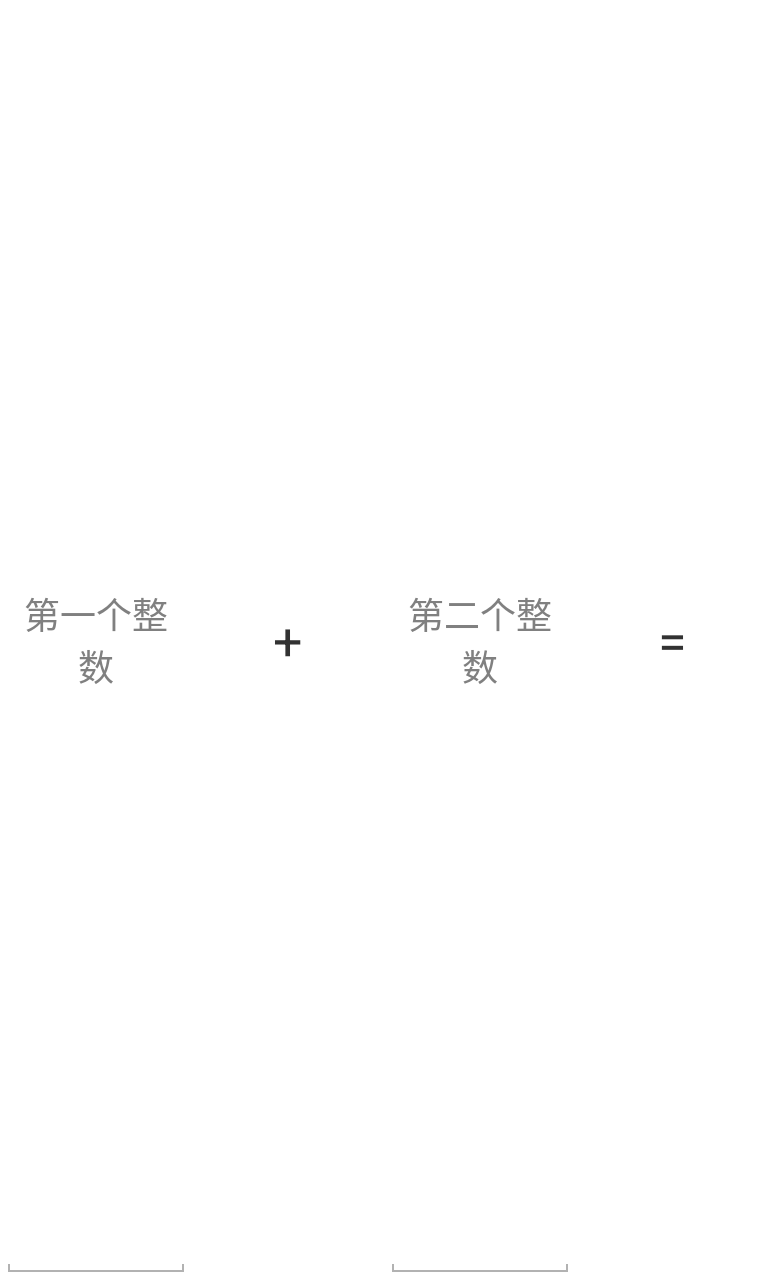
Repository: ouyangshengduo/Android_NDK_First
Layout: Android_NDK_Demo001/res/layout/activity_main.xml
These files come from the project's save history. The layout is drawn as it stood at one moment and after the next save; the edit follows.
It is drawn on a 768 x 1280 px phone screen (xhdpi) without system bars, with theme AppTheme; the app's code is not run.

Above is the layout before, as saved 2016-06-10 04:17:16.

### Android_NDK_Demo001/res/layout/activity_main.xml
<LinearLayout xmlns:android="http://schemas.android.com/apk/res/android"
    xmlns:tools="http://schemas.android.com/tools"
    android:layout_width="fill_parent"
    android:layout_height="fill_parent"
    android:orientation="vertical">

    <LinearLayout
        android:layout_height="0dp"
        android:layout_width="fill_parent"
        android:layout_weight="1"
        android:orientation="horizontal">

        <EditText
            android:id="@+id/etAdd_A"
            android:layout_width="0dp"
            android:layout_height="fill_parent"
            android:layout_weight="1"
            android:hint="第一个整数"
            android:gravity="center"
            />
        <TextView
            android:layout_height="fill_parent"
            android:layout_width="0dp"
            android:layout_weight="1"
            android:layout_gravity="center"
            android:gravity="center"
            android:text="+"
            android:textSize="26sp"/>

        <EditText
            android:id="@+id/etAdd_B"
            android:layout_width="0dp"
            android:layout_height="fill_parent"
            android:layout_weight="1"
            android:hint="第二个整数"
            android:gravity="center"
            />
        <TextView
            android:layout_height="fill_parent"
            android:layout_width="0dp"
            android:layout_weight="1"
            android:gravity="center"
            android:text="="
            android:textSize="26sp"/>

    </LinearLayout>

</LinearLayout>

Loaded but not shown: Android_NDK_Demo001/res/values/styles.xml (common file); Android_NDK_Demo001/res/values-v11/styles.xml (common file); Android_NDK_Demo001/res/values-v14/styles.xml (common file)

After the next save:
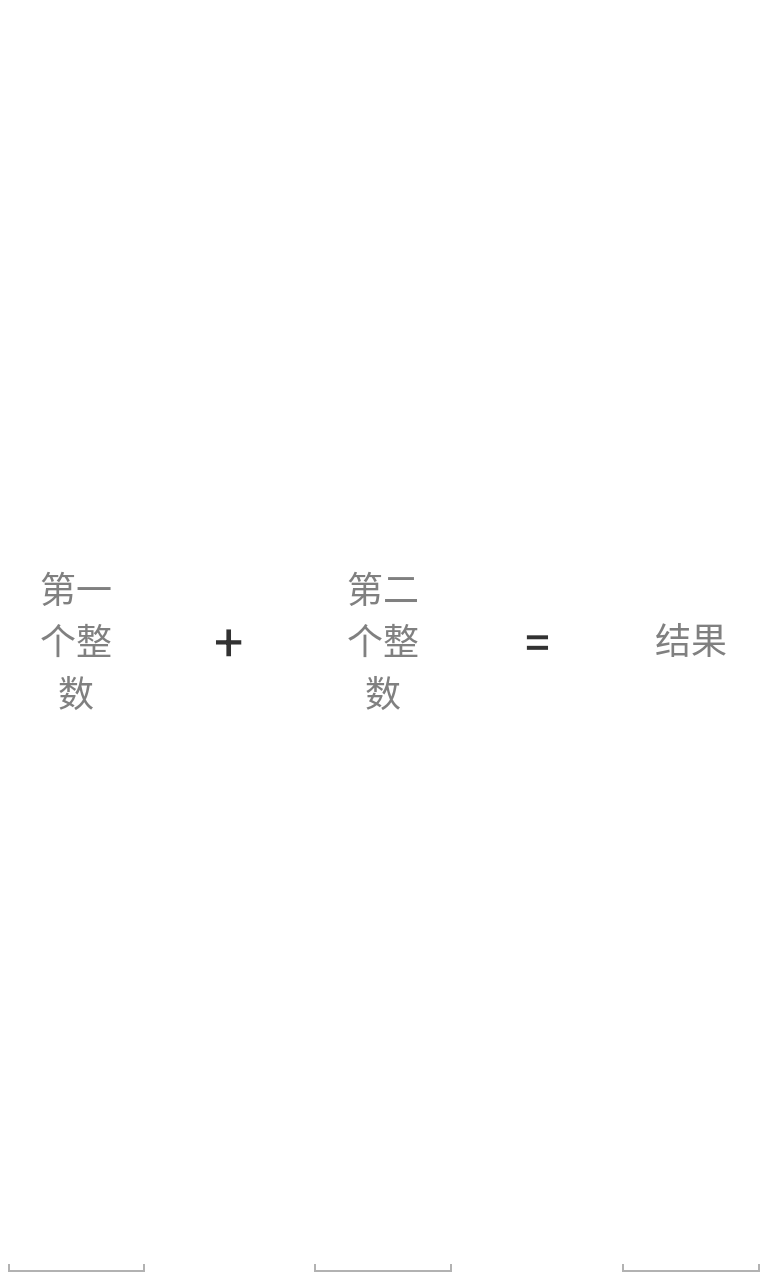
Saved 20 s later.
--- a/Android_NDK_Demo001/res/layout/activity_main.xml
+++ b/Android_NDK_Demo001/res/layout/activity_main.xml
@@ -43,6 +43,14 @@
             android:text="="
             android:textSize="26sp"/>
 
+        <EditText
+            android:id="@+id/etResult"
+            android:layout_width="0dp"
+            android:layout_height="fill_parent"
+            android:layout_weight="1"
+            android:hint="结果"
+            android:gravity="center"
+            />
     </LinearLayout>
 
 </LinearLayout>
